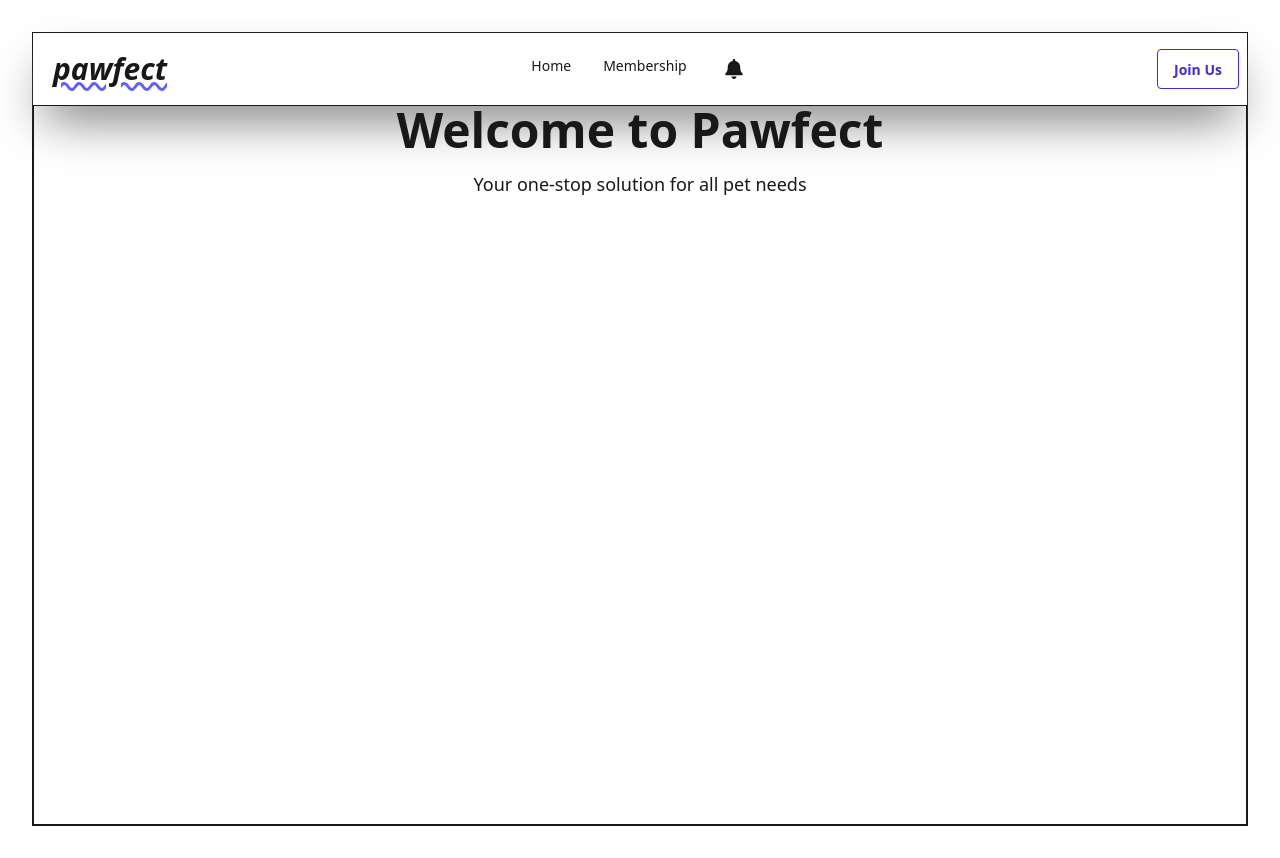
Repository: syedbayzid82849/DevForum_client_site
Page: /
An editor plug-in stored every save of this project. The page is shown before and after the next save, followed by the edit.
The browser window is 1280 px wide. The pictures show the whole page.
The project was rebuilt for these pictures with package versions that can differ from the ones it lists, and the page was loaded fresh each time. Also part of the build but not shown: vite.config.js, src/App.jsx, src/components/Navbar/JoinUsModal.jsx, src/pages/Authentication/Login.jsx, src/pages/Authentication/AuthLayout.jsx, src/pages/Authentication/Register.jsx.

Above is the page before, as saved 2025-07-08 22:46:40.

After the next save:
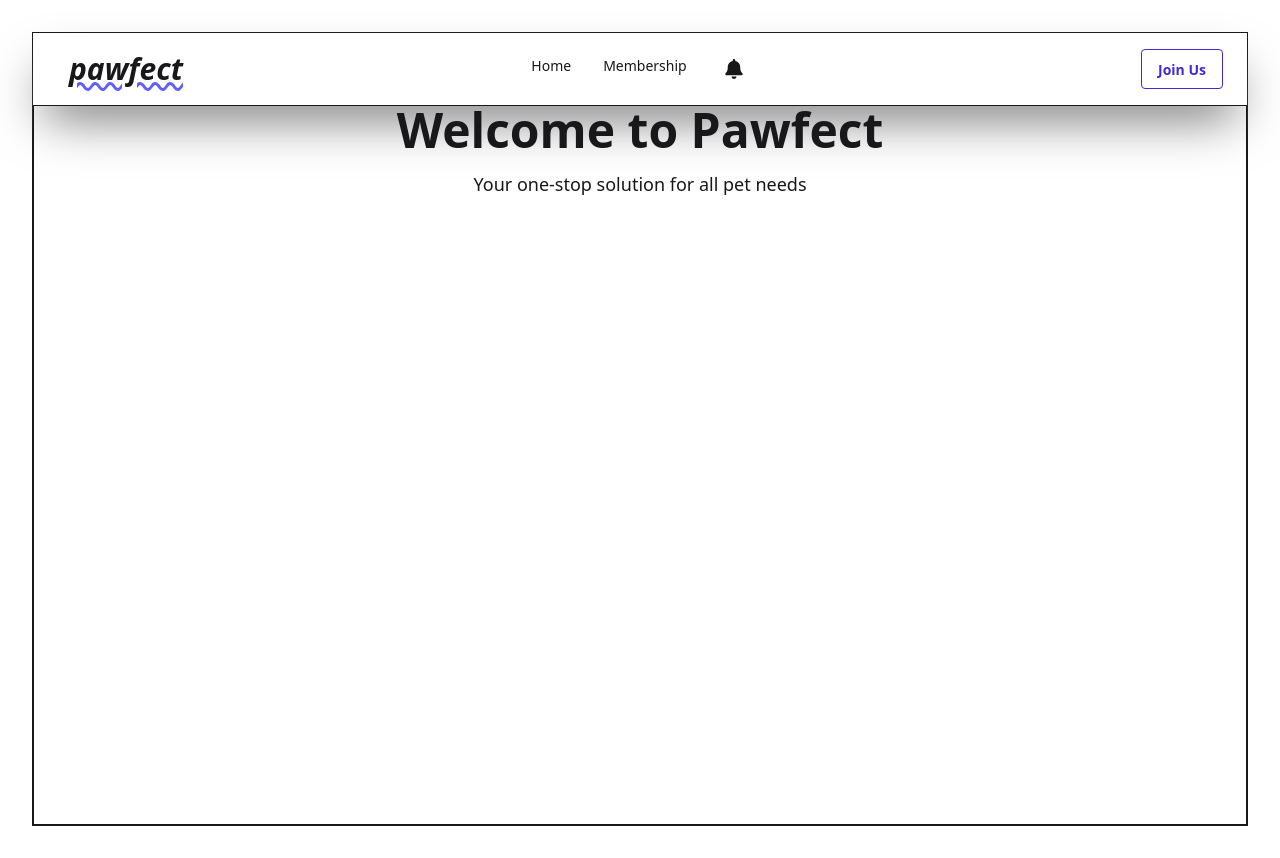
Saved 19 s later.
--- a/src/components/Navbar/Navbar.jsx
+++ b/src/components/Navbar/Navbar.jsx
@@ -49,7 +49,7 @@ const Navbar = () => {
 
     return (
         <>
-            <div className="bg-base-100 w-full  shadow-2xl shadow-neutral-500 ">
+            <div className="bg-base-100 w-full px-4  shadow-2xl shadow-neutral-500 ">
                 <div className="navbar max-w-7xl mx-auto ">
 
                     {/* Navbar Start */}
